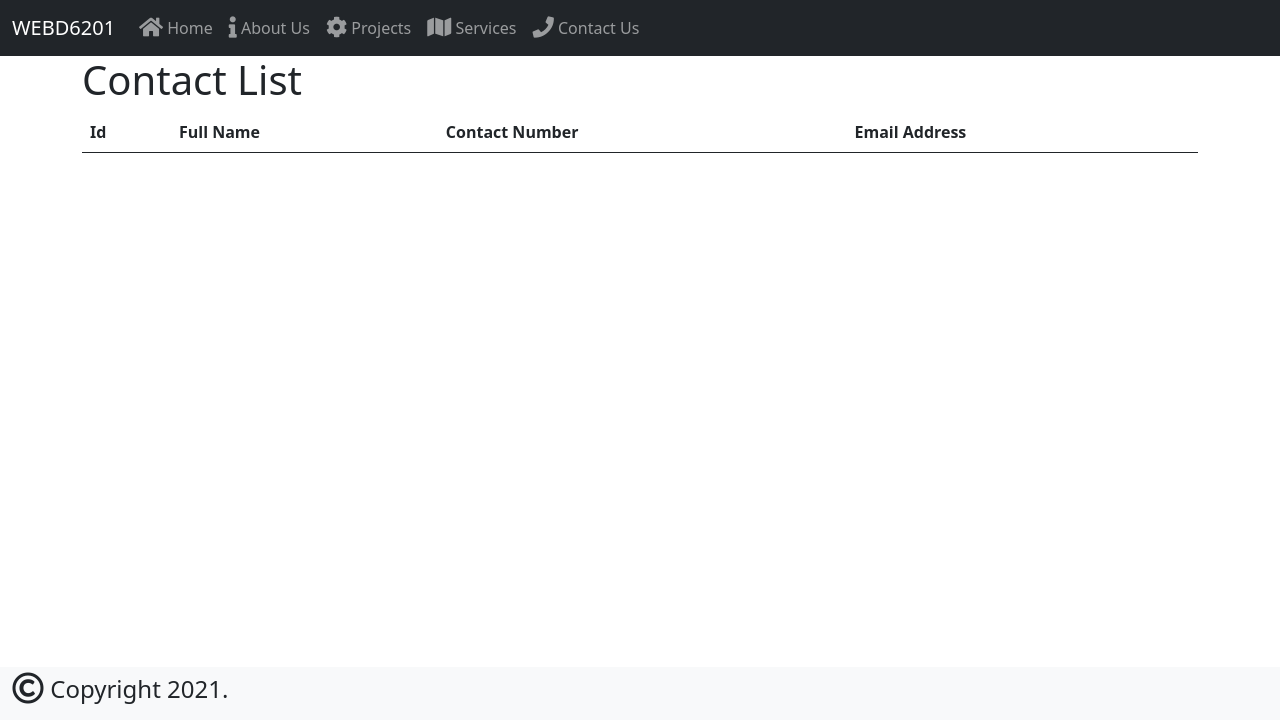
Repository: CKM206/WEBD6201-W2021-ICE2
Page: contact-list.html
An editor plug-in stored every save of this project. The page is shown before and after the next save, followed by the edit.
The browser window is 1280 px wide. The pictures show the whole page.

Above is the page before, as saved 2021-01-28 09:59:31.

After the next save:
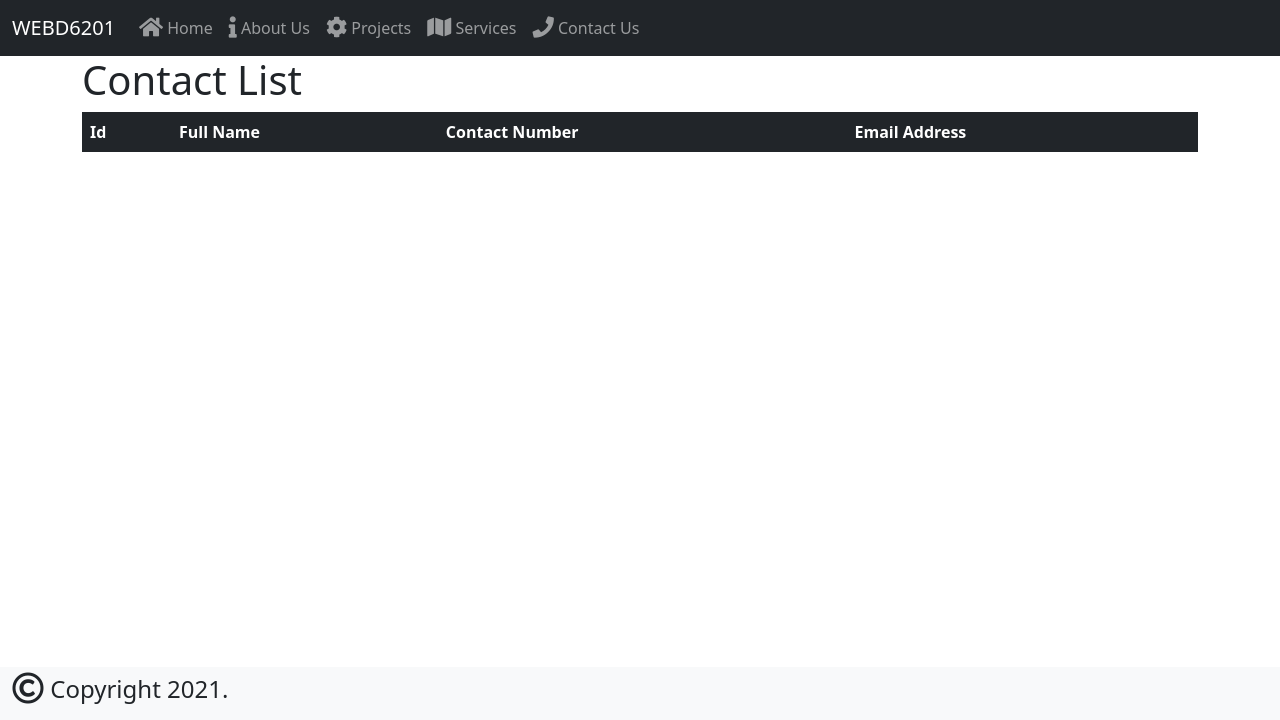
Saved 83 s later.
--- a/contact-list.html
+++ b/contact-list.html
@@ -50,7 +50,7 @@
     <main class="container">
         <h1>Contact List</h1>
         <table class="table table-striped table-hover">
-            <thead>
+            <thead class="table table-dark">
               <tr>
                 <th scope="col">Id</th>
                 <th scope="col">Full Name</th>
